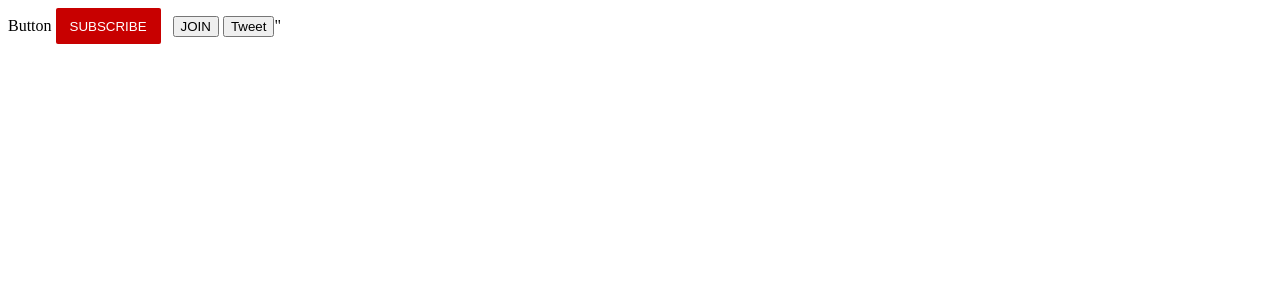
Repository: knowledgeAlan/css-lession-project
Page: lesson-03/buttons.html
An editor plug-in stored every save of this project. The page is shown before and after the next save, followed by the edit.
The browser window is 1280 px wide. The pictures show the whole page.

Above is the page before, as saved 2024-01-09 19:42:25.

After the next save:
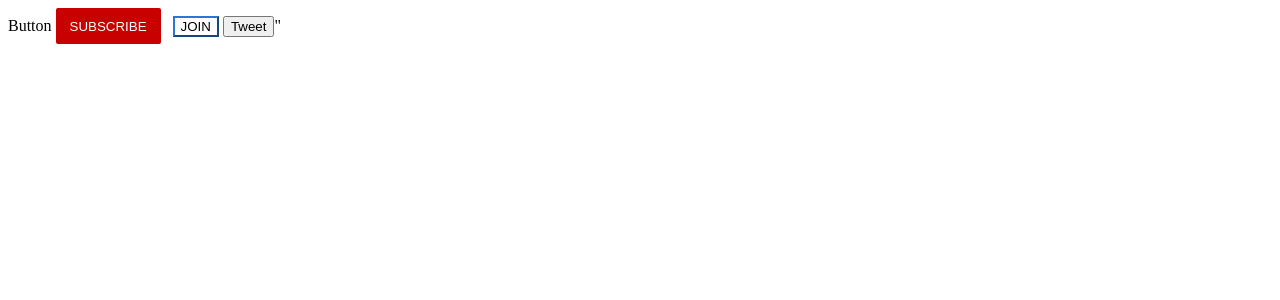
Saved 45 s later.
--- a/lesson-03/buttons.html
+++ b/lesson-03/buttons.html
@@ -25,6 +25,12 @@
         .subscribe-button:active {
             opacity: 0.5;
         }
+
+        .join-button {
+            background-color: white;
+            border-color:rgb(41, 118, 211) ;
+
+        }
     </style>
     <body>
 
